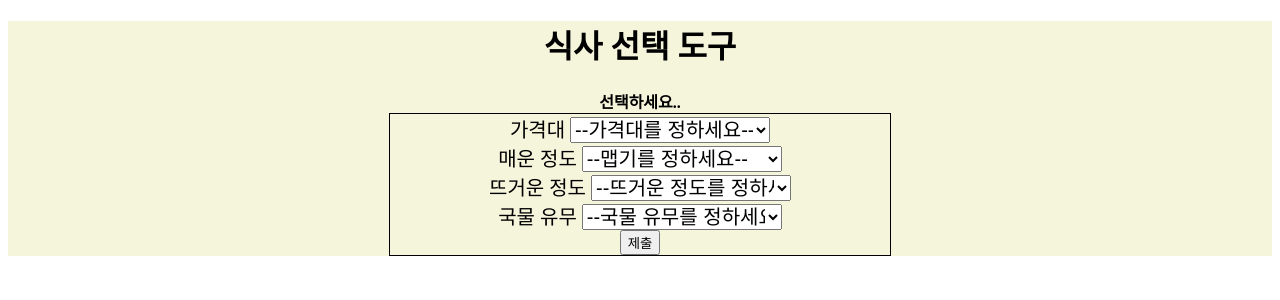
Repository: kimgh06/JavaWeb
Page: http://localhost/what/
An editor plug-in stored every save of this project. The page is shown before and after the next save, followed by the edit.
The browser window is 1280 px wide. The pictures show the whole page.
The page is served by Tomcat 9. Other server files are loaded and not shown.

Above is the page before, as saved 2022-11-04 00:45:26.

### what/src/main/webapp/index.jsp
<%@ page language="java" contentType="text/html; charset=EUC-KR"
	pageEncoding="EUC-KR"%>
<!DOCTYPE html>
<html>
<head>
<meta charset="EUC-KR">
<title>식사 선택 도구</title>
<link href="./main.css" rel="stylesheet" type="text/css">
</head>
<body>
	<div id="main">
		<h1>식사 선택 도구</h1>
		<b>선택하세요..</b>
		<form id="form">
			<div>
				<label>가격대</label> <select>
					<option value="-1">--가격대를 정하세요--</option>
					<option value="1">8000이하</option>
					<option value="2">13000이하</option>
					<option value="3">18000이하</option>
					<option value="4">23000이하</option>
					<option value="5">23000이상</option>
				</select>
			</div>
			<div>
				<label>매운 정도</label> <select>
					<option value="-1">--맵기를 정하세요--</option>
					<option value="하">맵지 않음</option>
					<option value="중">적당히 매움</option>
					<option value="상">매움</option>
				</select>
			</div>
			<div>
				<label>뜨거운 정도</label> <select>
					<option value="-1">--뜨거운 정도를 정하세요</option>
					<option value="하">뜨겁지 않음</option>
					<option value="중">따뜻함</option>
					<option value="상">뜨거움</option>
				</select>
			</div>
			<div>
				<label>국물 유무</label> <select>
					<option value="-1">--국물 유무를 정하세요--</option>
					<option value="0">없음</option>
					<option value="1">있음</option>
				</select>
			</div>
			<button>제출</button>
		</form>
	</div>
</body>
</html>

### what/src/main/webapp/main.css
@CHARSET "UTF-8";

#main{
	text-align: center;
	display: block;
	background-color: beige;
}

#form{
	width: 500px;
	display: block;
	border: 1px solid black;
	margin:auto;
}

#form div{
	font-size: 20px;
}
#form div select{
	width:200px;
	font-size: 20px;
}

After the next save:
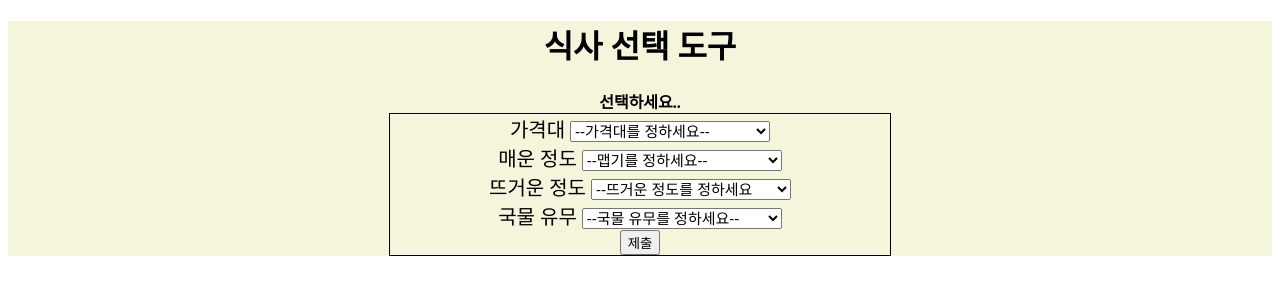
Saved 9 s later.
--- a/what/src/main/webapp/main.css
+++ b/what/src/main/webapp/main.css
@@ -18,5 +18,5 @@
 }
 #form div select{
 	width:200px;
-	font-size: 20px;
+	font-size: 15px;
 }
